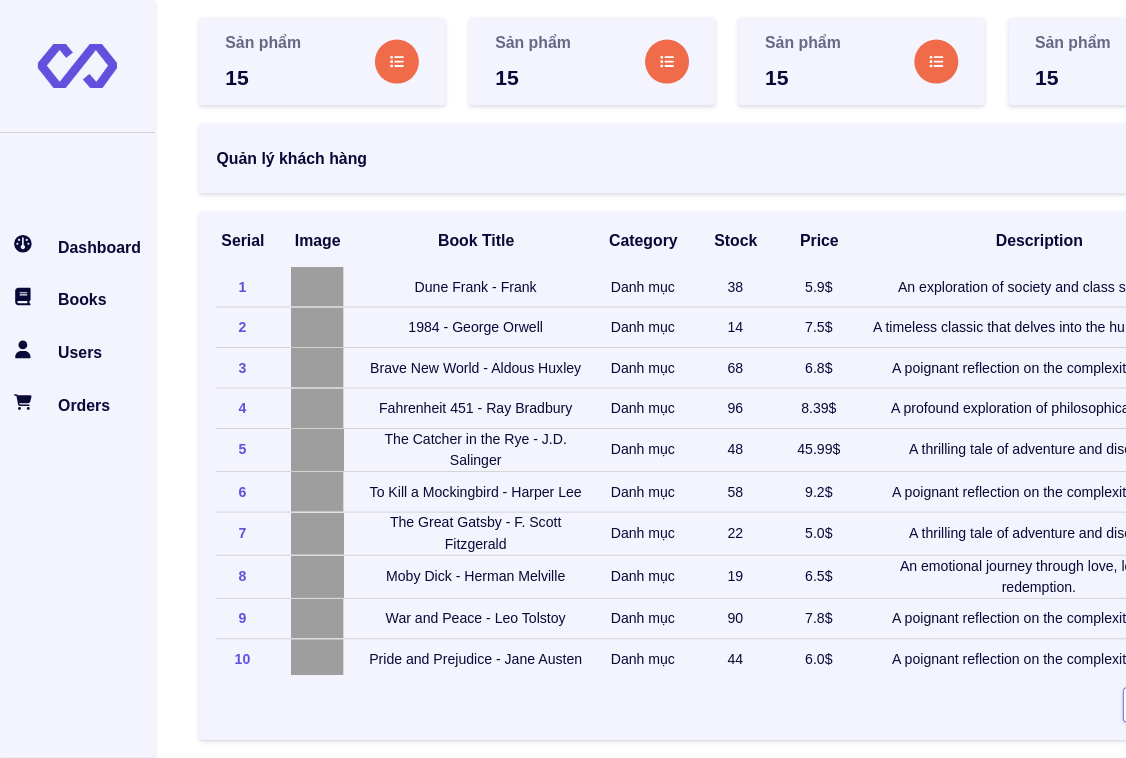
Repository: kauittt/BookStore_FE
Page: / (app in book-store/)
An editor plug-in stored every save of this project. The page is shown before and after the next save, followed by the edit.
The browser window is 1280 px wide. The pictures show the whole page, at 88% of full size.
Pictures or frames that could not be fetched are drawn as grey boxes. The project was rebuilt for these pictures with package versions that can differ from the ones it lists, and the page was loaded fresh each time. Also part of the build but not shown: book-store/vite.config.js, book-store/src/components/elements/FormInput.jsx, book-store/src/components/login-signup/Login.jsx, book-store/src/components/book/BookItem.jsx, book-store/src/components/book/BookList.jsx, book-store/src/components/elements/BackNavigation.jsx, book-store/src/components/book/BookDetail.jsx, book-store/src/components/cart/QuantitySelector.jsx and 4 more.

Above is the page before, as saved 2024-07-20 11:55:10.

After the next save:
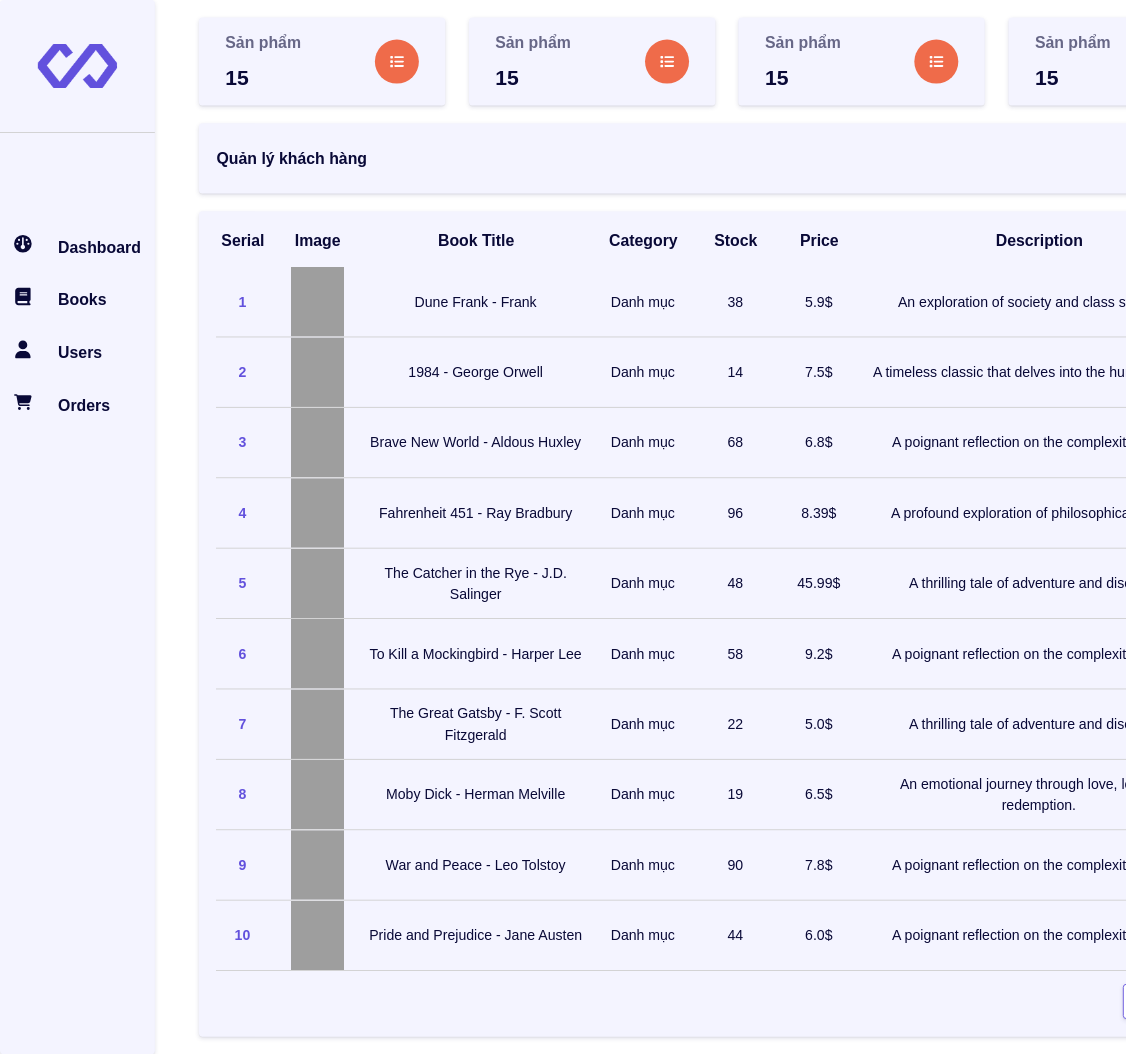
Saved 25 s later.
--- a/book-store/src/components/admin/ManageList.jsx
+++ b/book-store/src/components/admin/ManageList.jsx
@@ -67,7 +67,7 @@ const ManageList = (props) => {
             </div>
 
             {/*//* List Item */}
-            <div className="flex flex-col max-h-[463px] overflow-auto">
+            <div className="flex flex-col overflow-auto">
                 {props.books.map((book, index) => (
                     <ManageItem
                         data={book}
